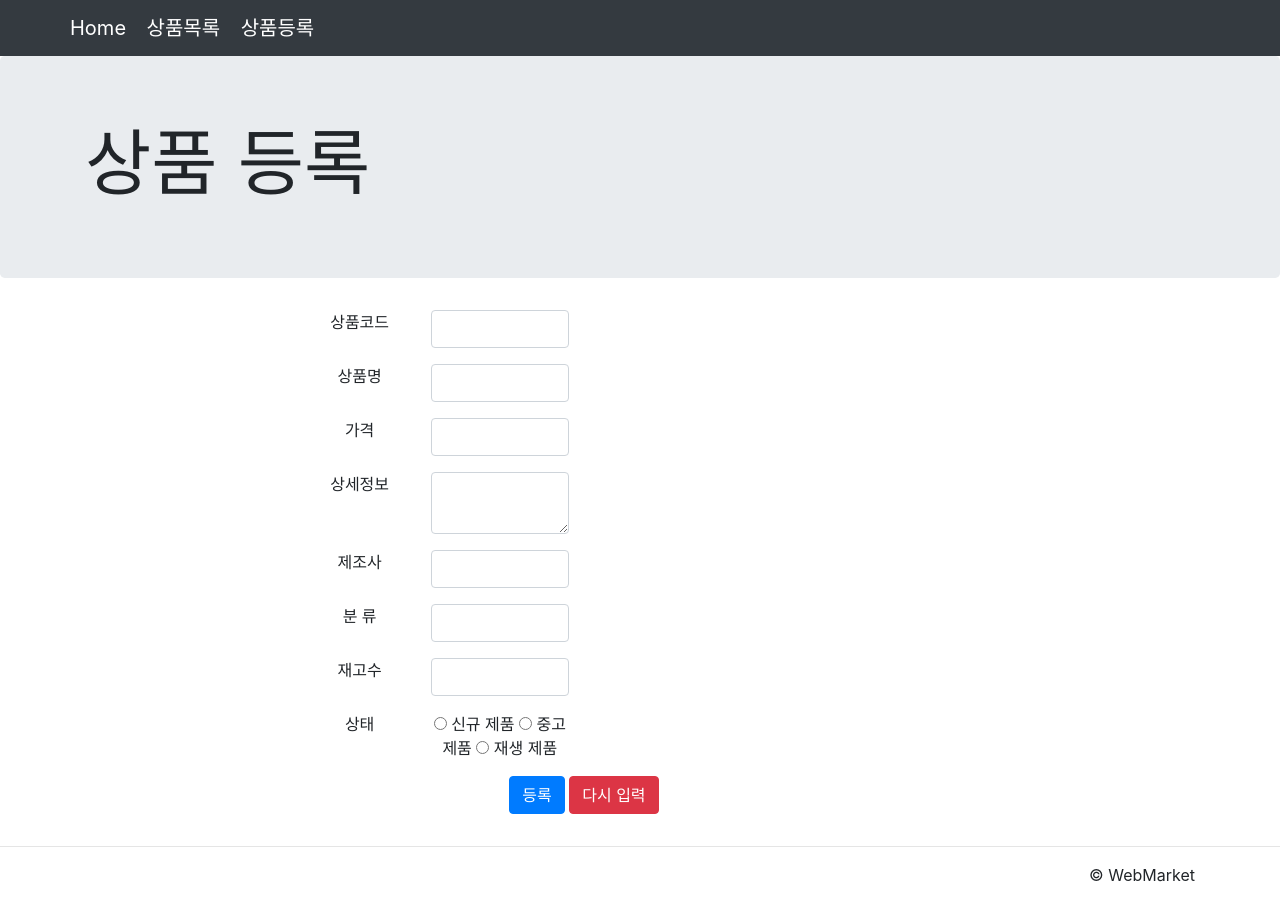
Repository: mi-ci/ai
Page: http://localhost/WebMarket/addProduct.jsp
An editor plug-in stored every save of this project. The page is shown before and after the next save, followed by the edit.
The browser window is 1280 px wide. The pictures show the whole page.
The page is served by Tomcat 9.

Above is the page before, as saved 2024-01-19 07:49:46.

After the next save:
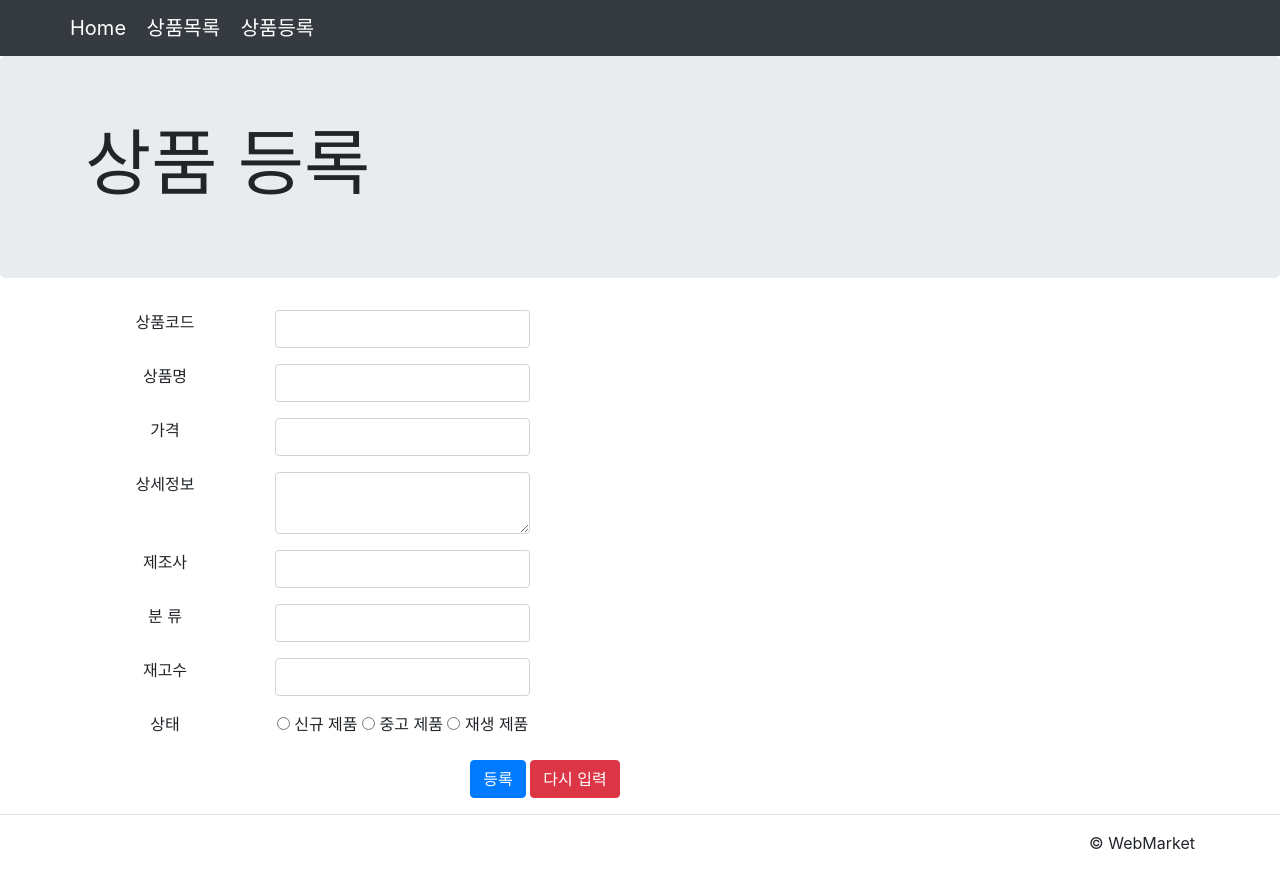
Saved 4 s later.
--- a/WebMarket/src/main/webapp/addProduct.jsp
+++ b/WebMarket/src/main/webapp/addProduct.jsp
@@ -15,7 +15,7 @@
 	</div>
 
 	<div class="text-center">
-	<div class="container d-flex justify-content-center">
+	<div class="container justify-content-center">
 		<form action="processAddProduct.jsp" name="newProduct" class="form-horizontal" method="post">
 
 		<div class="form-group row">

After the save that followed:
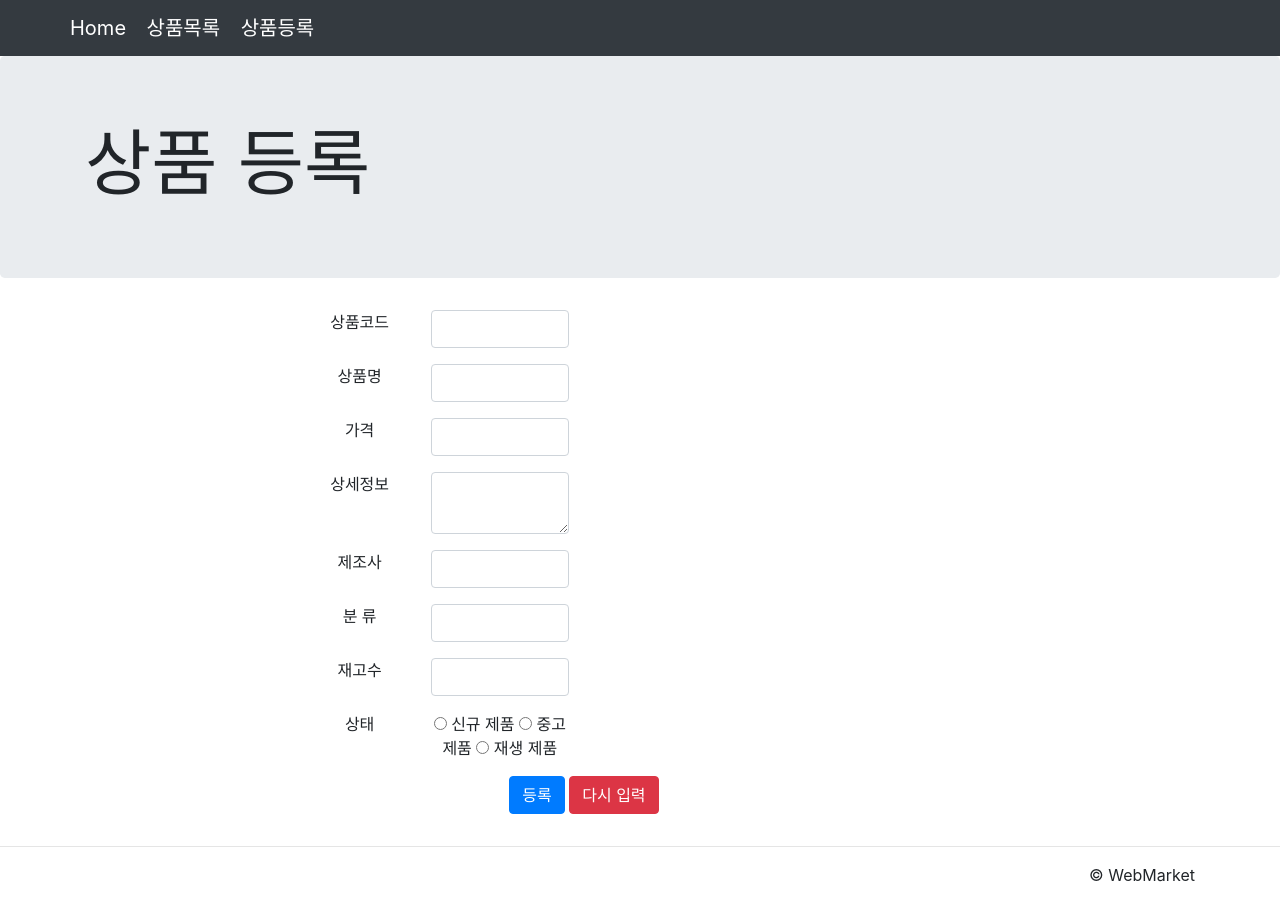
Saved 32 s later.
--- a/WebMarket/src/main/webapp/addProduct.jsp
+++ b/WebMarket/src/main/webapp/addProduct.jsp
@@ -15,7 +15,7 @@
 	</div>
 
 	<div class="text-center">
-	<div class="container justify-content-center">
+	<div class="container d-flex justify-content-center">
 		<form action="processAddProduct.jsp" name="newProduct" class="form-horizontal" method="post">
 
 		<div class="form-group row">
